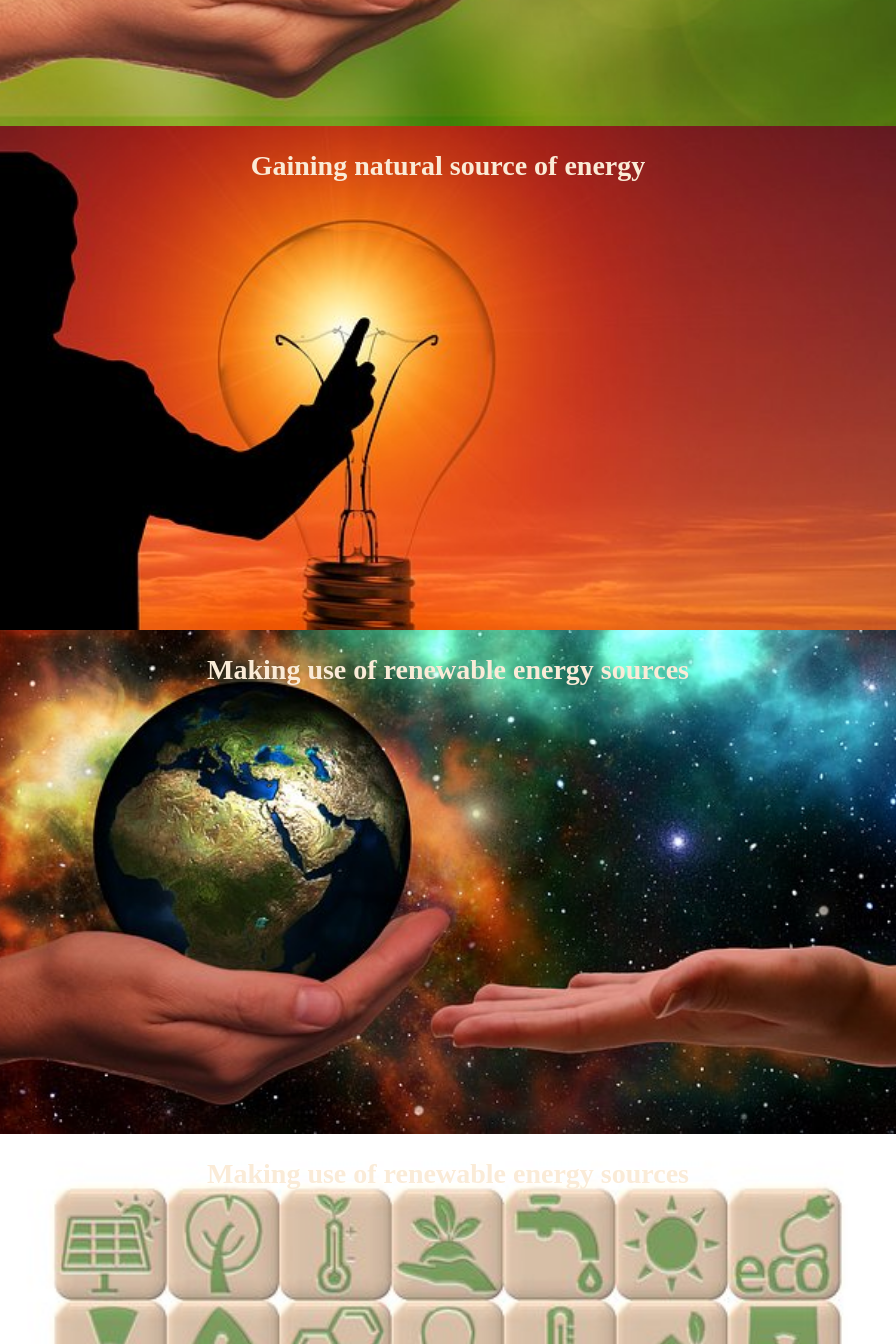
Repository: NavinDayanithi/static-web-design-competition
Page: index.html
An editor plug-in stored every save of this project. The page is shown before and after the next save, followed by the edit.
The browser window is 1280 px wide. The pictures show the part of the page from y = 1340 to 3260 px (the page is 4420 px tall), at 70% of full size.
Backgrounds fixed to the window are drawn as part of the page.

Above is the page before, as saved 2023-04-28 20:37:54.

After the next save:
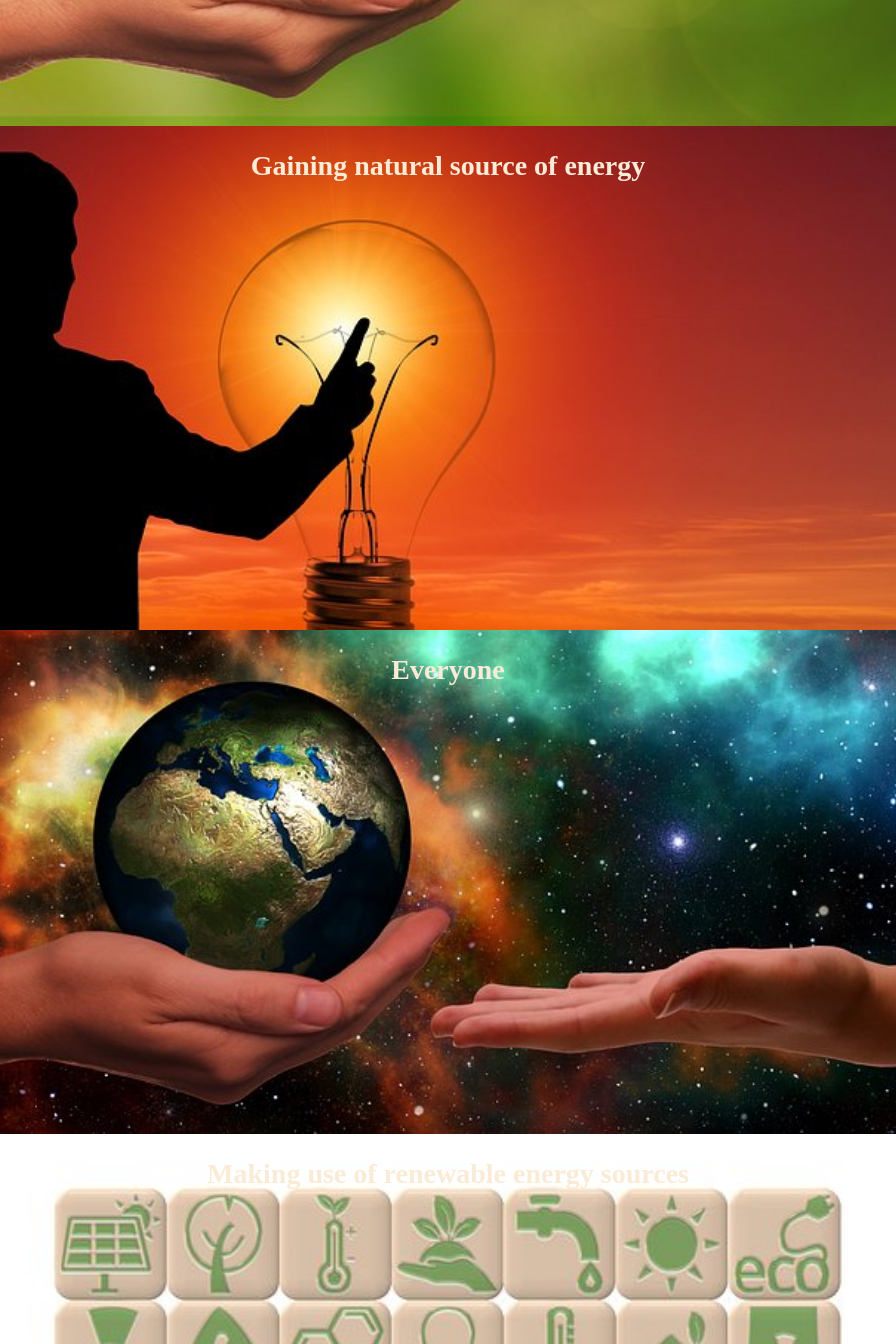
Saved 2 min 8 s later.
--- a/index.html
+++ b/index.html
@@ -16,7 +16,7 @@
         <h2>Gaining natural source of energy</h2>
     </div>
     <div class="box4">
-        <h2>Making use of renewable energy sources</h2>
+        <h2>Everyone</h2>
     </div>
     <div class="box5">
         <h2>Making use of renewable energy sources</h2>
